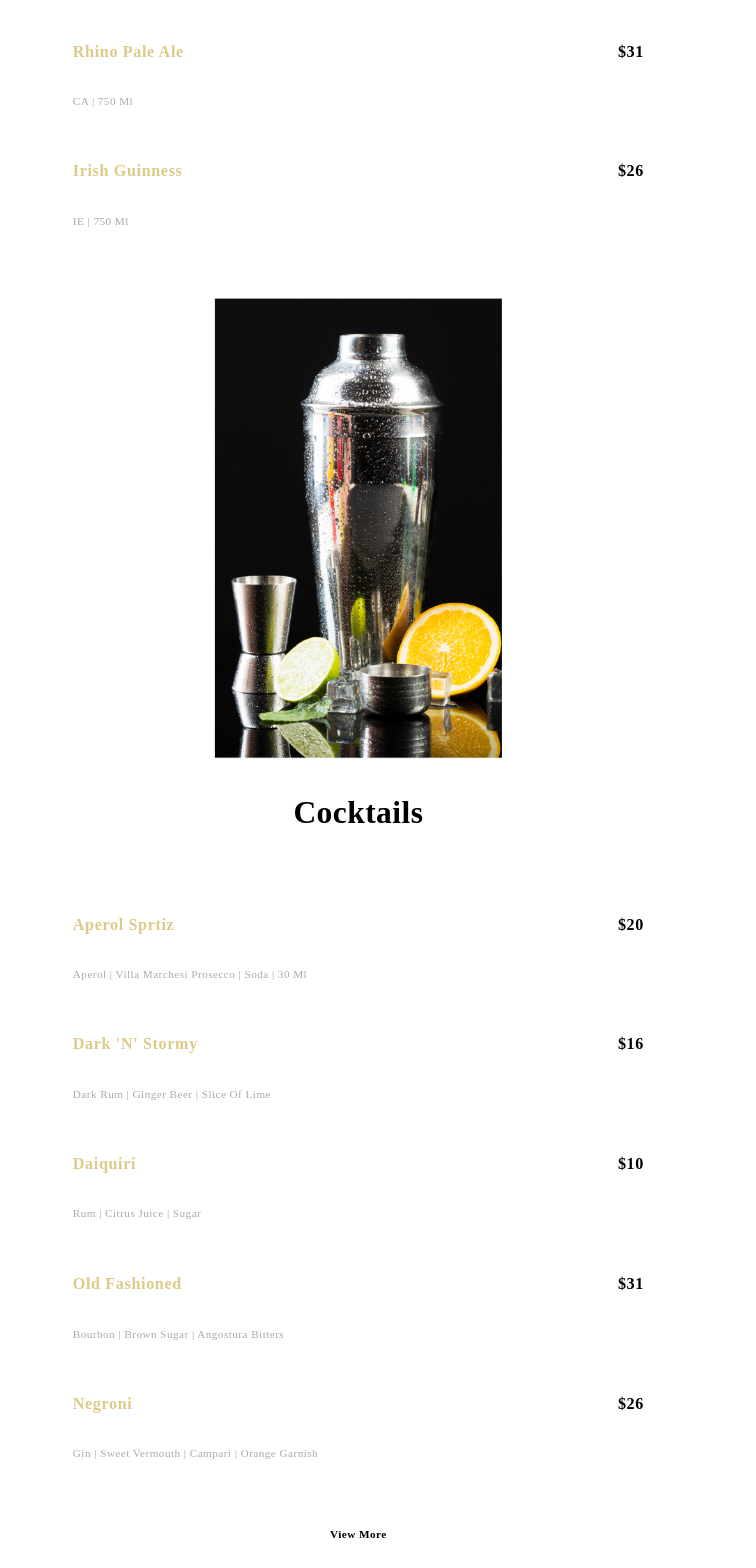
Repository: remydev47/restaurant
Page: /
An editor plug-in stored every save of this project. The page is shown before and after the next save, followed by the edit.
The browser window is 1024 px wide. The page is 1080 px wide, so the pictures cover 1080 px, including what lies to the right of the window. The pictures show the part of the page from y = 4260 to 6500 px (the page is 6654 px tall before and 6750 px after), at 70% of full size.
Backgrounds fixed to the window are drawn as part of the page. The project was rebuilt for these pictures with package versions that can differ from the ones it lists, and the page was loaded fresh each time. Also part of the build but not shown: src/container/Chef/Chef.css, src/components/Footer/Newsletter.jsx, src/components/Footer/FooterOverlay.jsx. Imported but missing from the stored project, and not drawn on this page: src/assets/meal.mp4.

Above is the page before, as saved 2022-03-16 17:33:40.

After the next save:
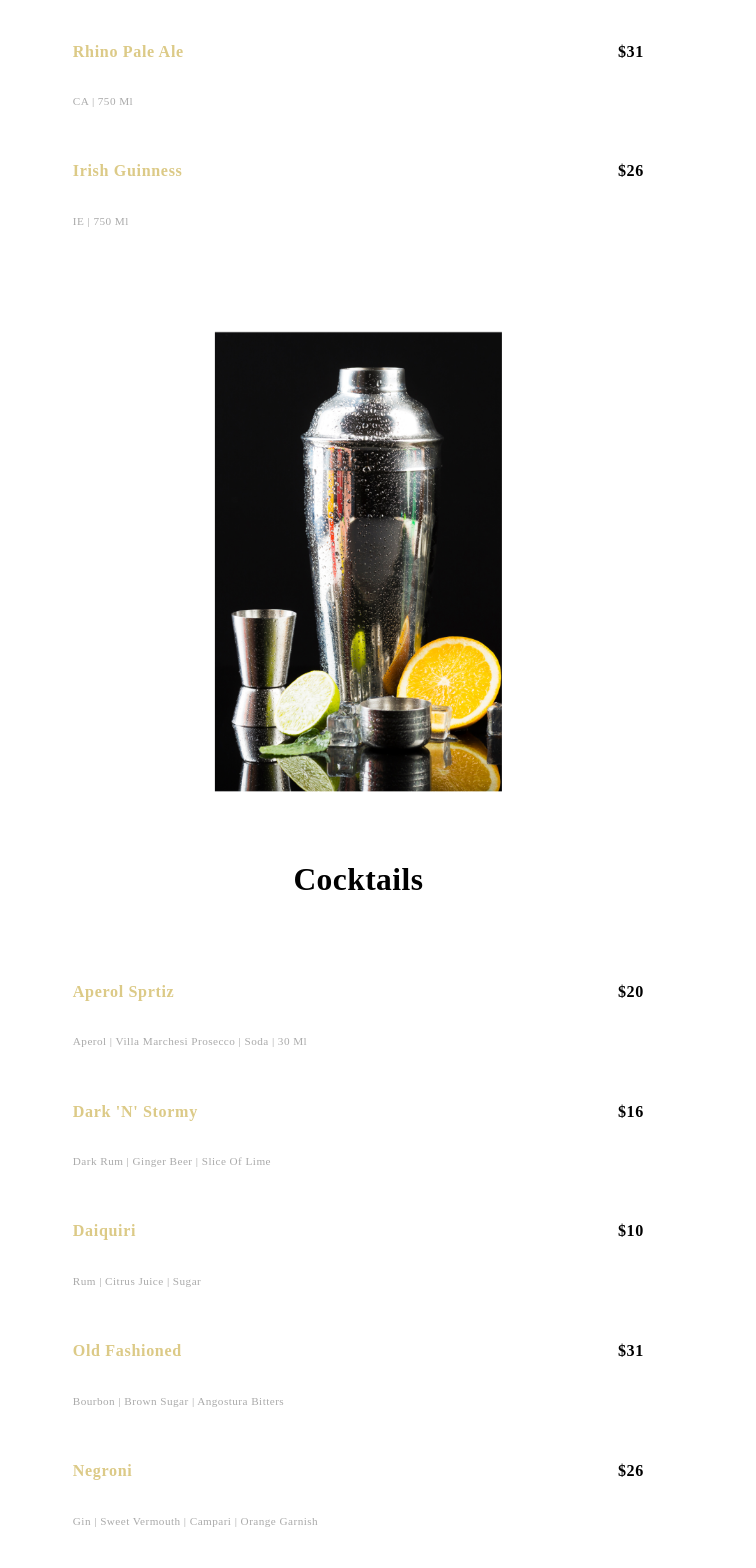
Saved 2 min 0 s later.
--- a/src/container/Menu/SpecialMenu.css
+++ b/src/container/Menu/SpecialMenu.css
@@ -64,6 +64,10 @@ flex-direction: column;
     .app__specialMenu-menu {
         flex-direction: column;
     }
+
+    .app__specialMenu-menu_img{
+        margin: 3rem 0;
+    }
 }
 
 @media screen and (max-width: 650px) {
